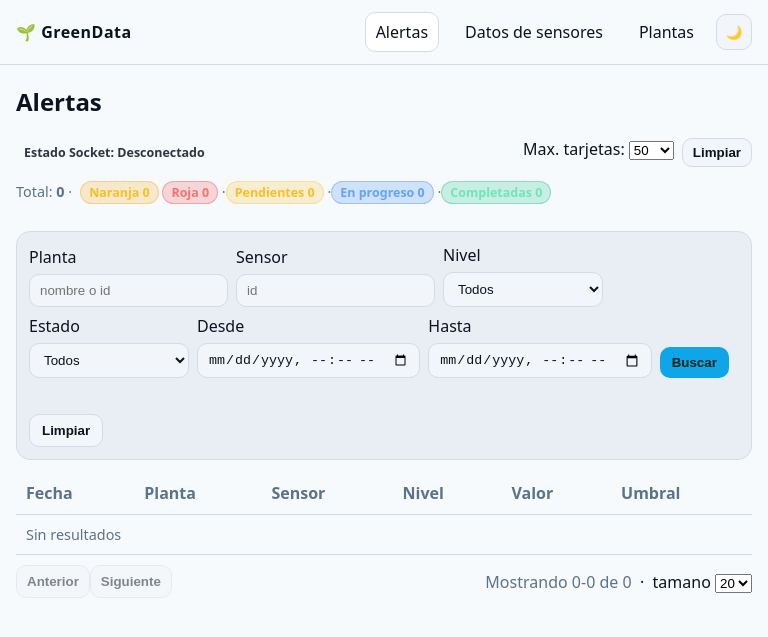
Repository: vicente3000/Sistema-de-sensores
Page: /alertas (app in frontend/)
These files come from the project's save history. The page is drawn as it stood at one moment and after the next save; the edit follows.
The browser window is 768 px wide. The pictures show the whole page.
The page's requests for data from a server got no answer. The project was rebuilt for these pictures with package versions that can differ from the ones it lists, and the page was loaded fresh each time. No one was signed in, and anything a server would have sent is missing. Also part of the build but not shown: frontend/src/css/Home.css, frontend/src/pages/Home.tsx, frontend/src/css/Modal.css, frontend/src/components/ConfirmModal.tsx, frontend/src/pages/Plants.tsx, frontend/src/css/SensorData.css, frontend/src/lib/History.ts, frontend/src/lib/RealTime.ts and 2 more.

Above is the page before, as saved 2025-11-17 18:18:59.

After the next save:
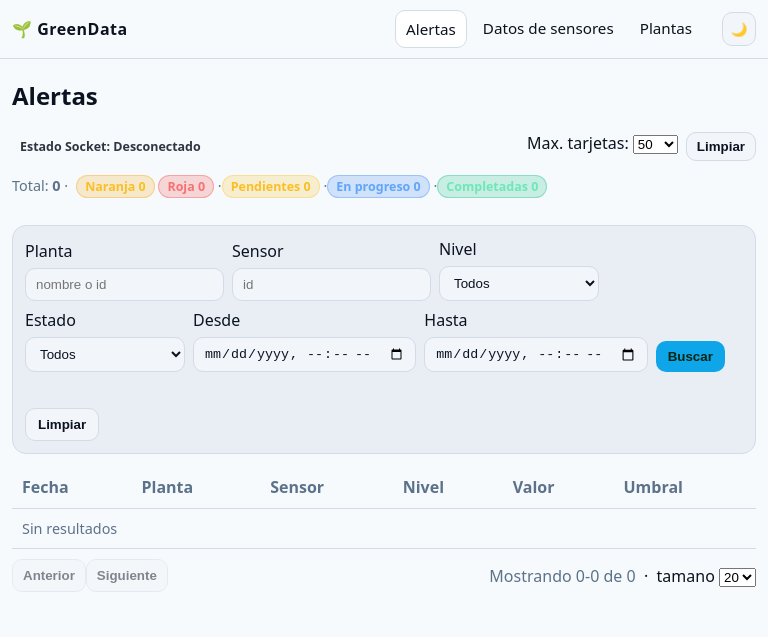
Saved 13 min 22 s later.
--- a/frontend/src/css/styles.css
+++ b/frontend/src/css/styles.css
@@ -141,3 +141,14 @@ button:hover {
   display: flex;
   align-items: center;
 }
+
+/* Responsive global */
+@media (max-width: 768px) {
+  .container { padding: 0 12px; }
+  .navbar { padding: 10px 12px; }
+  .navbar nav { display:flex; flex-wrap: wrap; gap: 6px; }
+  .navbar nav a { margin-left: 0; padding: 8px 10px; font-size: 0.95rem; }
+  .navbar .right { gap: 8px; }
+  .theme-toggle { width: 34px; height: 34px; }
+  .card-grid { grid-template-columns: repeat(auto-fit,minmax(200px,1fr)); gap: 12px; }
+}
